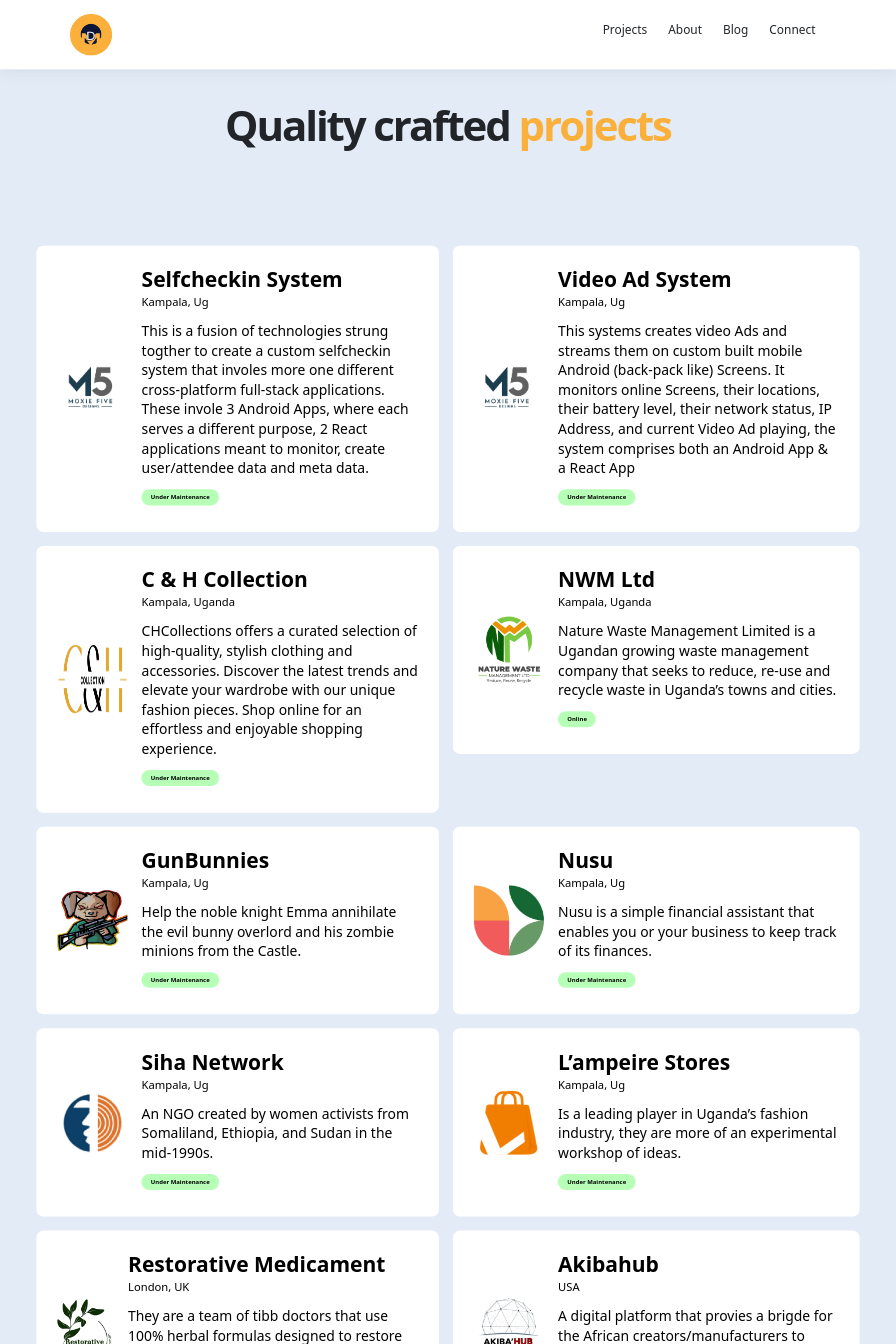
Repository: kaizoku010/firebrand
Page: /apps
These files come from the project's save history. The page is drawn as it stood at one moment and after a run of saves; the edit follows.
The browser window is 1280 px wide. The pictures show the part of the page from y = 0 to 1920 px (the page is 3893 px tall before and 3921 px after), at 70% of full size.
The project was rebuilt for these pictures with package versions that can differ from the ones it lists, and the page was loaded fresh each time. Also part of the build but not shown: vite.config.js, src/update/homescreen.css, src/update/homescreen.js, src/update/blog.css, src/update/blog.js, src/update/connect.css, src/update/connect.js. Imported but missing from the stored project, and not drawn on this page: src/update/about.js.

Above is the page before, as saved 2024-05-27 15:48:38.

After the next 2 saves:
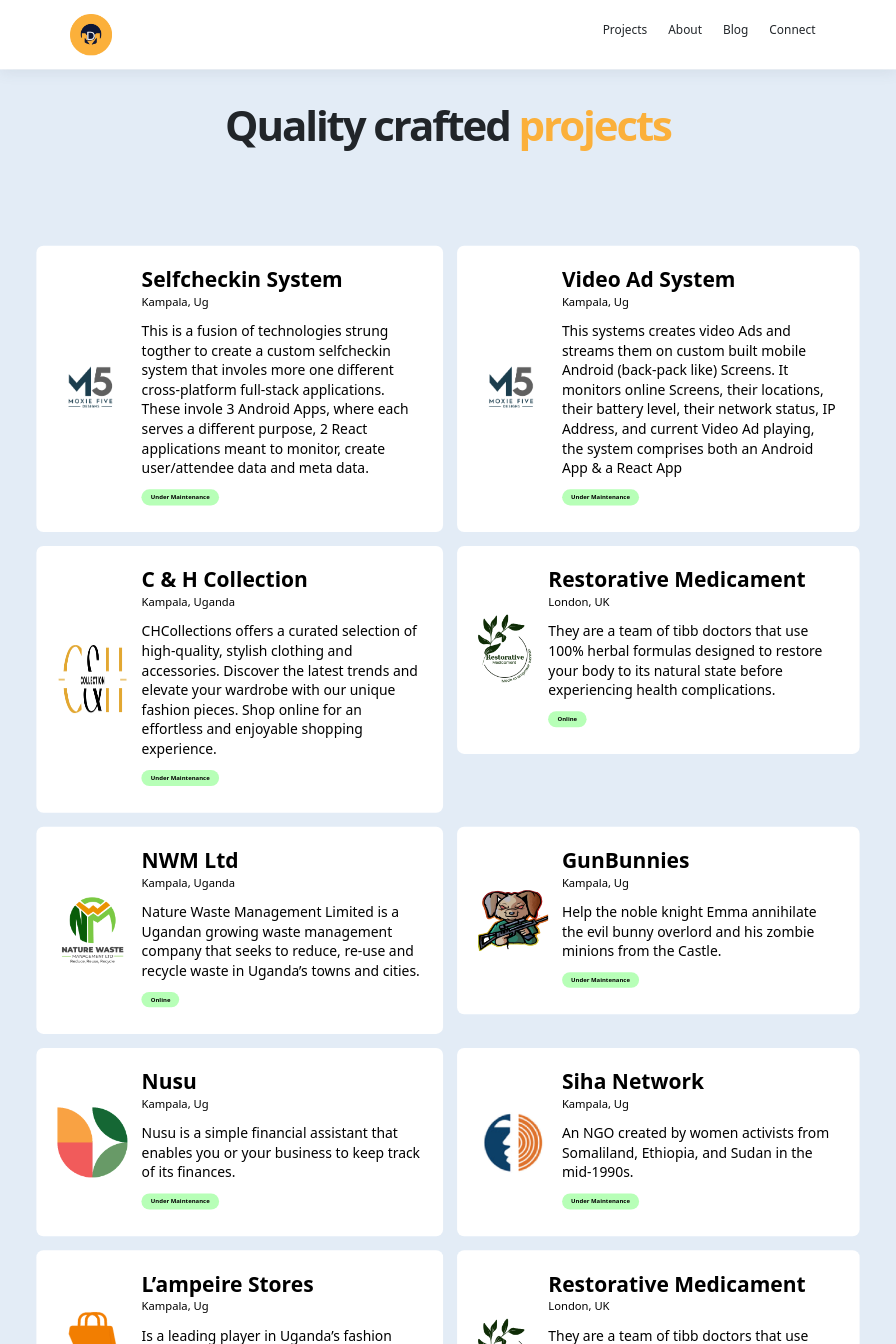
The 2 saves are shown as one change because they came seconds apart.
The last was saved 2 min 35 s later.
--- a/src/dataPoint/AllProjects.js
+++ b/src/dataPoint/AllProjects.js
@@ -58,7 +58,15 @@
    link: 'https://chcollections.ug/'
   },
 
-
+  {
+    id: '342',
+    title: 'Restorative Medicament',
+    techStacks: ["Online"],
+    location: 'London, UK',
+    desc: "They are a team of tibb doctors that use 100% herbal formulas designed to restore your body to its natural state before experiencing health complications.",
+    icon: Medica,
+    link: 'https://www.restorativemedicament.com/',
+  },
   {
     id: '4',
     title: 'NWM Ltd',
